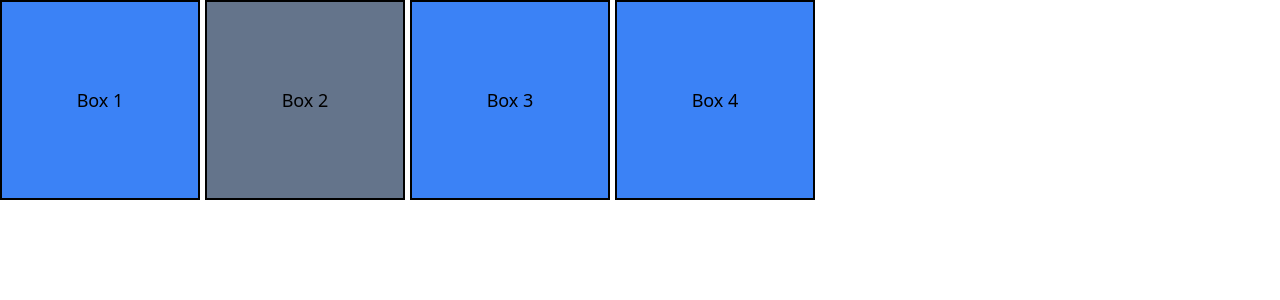
Repository: asadullah48/9th_class_nextjs
Page: /
An editor plug-in stored every save of this project. The page is shown before and after a run of saves, followed by the edit.
The browser window is 1280 px wide. The pictures show the whole page.
The project was rebuilt for these pictures with package versions that can differ from the ones it lists, and the page was loaded fresh each time. The framework's server and built-in components were replaced by stand-ins that run in the browser. Also part of the build but not shown: next.config.ts.

Above is the page before, as saved 2024-11-21 09:58:58.

After the next 2 saves:
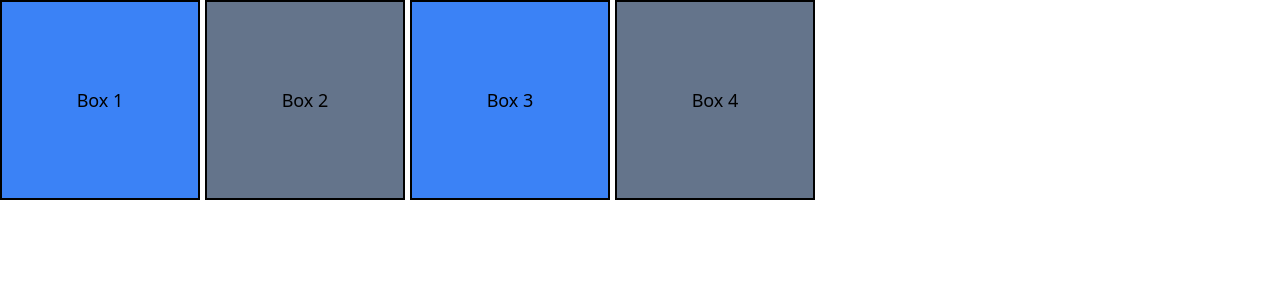
The 2 saves are shown as one change because they came seconds apart.
The last was saved 8 s later.
--- a/src/app/page.tsx
+++ b/src/app/page.tsx
@@ -11,7 +11,7 @@ function Home() {
     <div className=" flex justify-center items-center h-[200px] w-[200px] bg-blue-500 border-2 border-black">Box 1 </div>
     <div className="flex justify-center items-center h-[200px] w-[200px] bg-slate-500 border-2 border-black">Box 2</div>
     <div className=" flex justify-center items-center h-[200px] w-[200px] bg-blue-500 border-2 border-black">Box 3 </div>
-    <div className="flex justify-center items-center h-[200px] w-[200px] bg-blue-500 border-2 border-black">Box 4</div>
+    <div className="flex justify-center items-center h-[200px] w-[200px] bg-slate-500 border-2 border-black">Box 4</div>
 
   </div>;
 }
